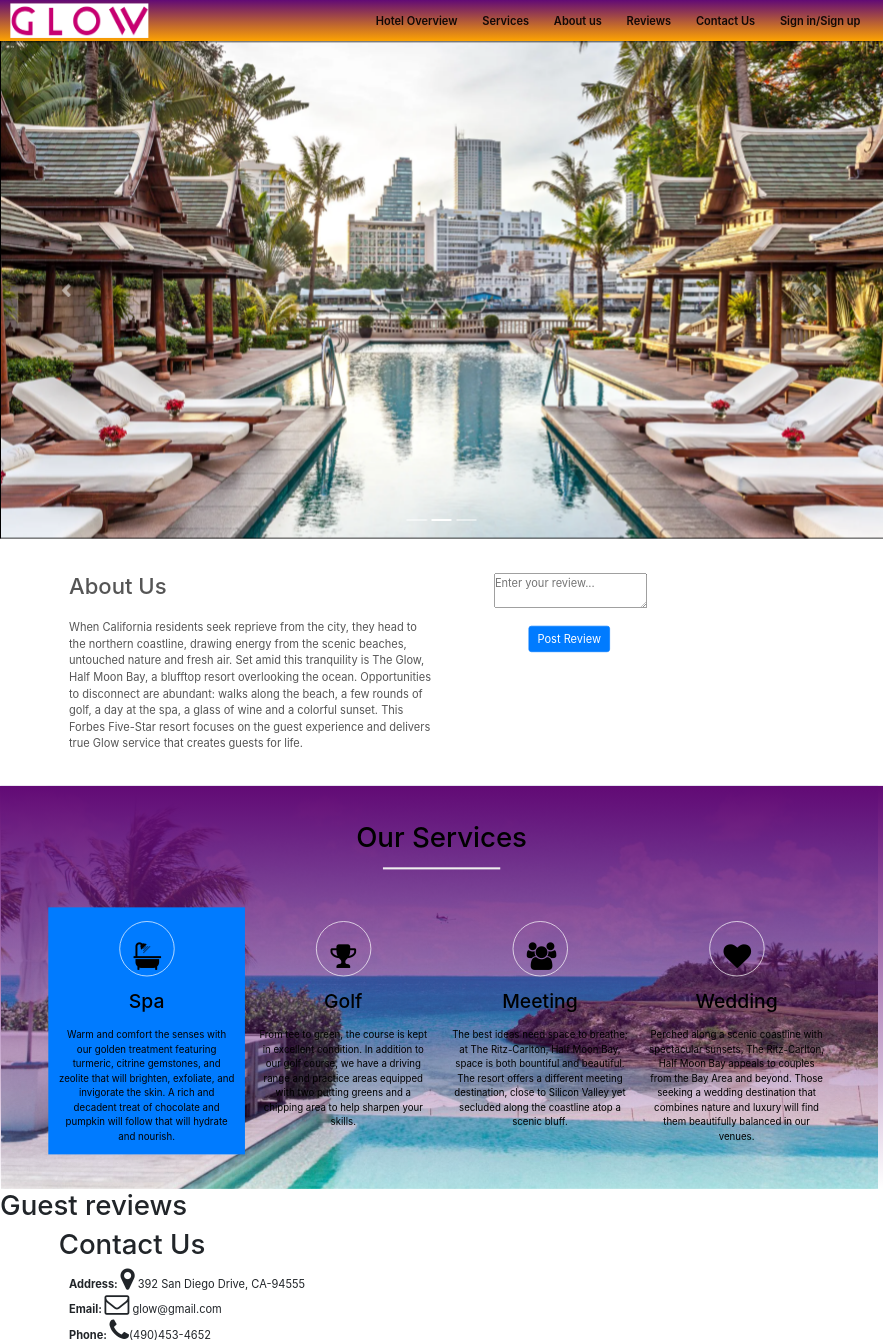
Repository: M-p1998/solo-dojo-project
Page: http://localhost/hotel/WEB-INF/hotel/home.jsp
An editor plug-in stored every save of this project. The page is shown before and after the next save, followed by the edit.
The browser window is 1280 px wide. The pictures show the whole page, at 69% of full size.
The pointer rests on the first visible `.services .col-md-3`.
Backgrounds fixed to the window are drawn as part of the page. Some web libraries are served in a nearby version. The page is served by Tomcat 9. Nobody is signed in. Other server files are loaded and not shown. The template is opened directly, without the code that normally fills it, so the values that code supplies are empty.

Above is the page before, as saved 2022-02-13 18:26:11.

### hotel/src/main/webapp/WEB-INF/hotel/home.jsp
<%@ page language="java" contentType="text/html; charset=UTF-8"
	pageEncoding="UTF-8"%>
<%@ taglib prefix="c" uri="http://java.sun.com/jsp/jstl/core"%>
<%@ taglib prefix="form" uri="http://www.springframework.org/tags/form"%>
<!DOCTYPE html>
<html>
<head>
<meta charset="UTF-8">

<link href="/css/home.css" rel="stylesheet" type="text/css">
<link rel="stylesheet"
	href="https://stackpath.bootstrapcdn.com/bootstrap/4.3.1/css/bootstrap.min.css">
<script src="https://code.jquery.com/jquery-3.2.1.slim.min.js"></script>
<script
	src="https://cdnjs.cloudflare.com/ajax/libs/popper.js/1.12.9/umd/popper.min.js"></script>
<script
	src="https://maxcdn.bootstrapcdn.com/bootstrap/4.0.0/js/bootstrap.min.js"></script>
<link rel="stylesheet"
	href="https://stackpath.bootstrapcdn.com/font-awesome/4.7.0/css/font-awesome.min.css">

<title>Hotel Glow</title>
</head>
<body>

	<section id="nav-bar">
		<nav class="navbar navbar-expand-lg navbar-light">
			<div class="container-fluid">
				<a class="navbar-brand" href="#"><img src="/image/hotelLogo.png"
					width="200" height="50"></a>

				<div class="collapse navbar-collapse" id="navbarNav">
					<ul class="navbar-nav ml-auto">
						<li class="nav-item active "><a class="nav-link" href="#">Hotel
								Overview</a></li>
						<li class="nav-item active "><a class="nav-link"
							href="#services">Services</a></li>
						<li class="nav-item active"><a class="nav-link" href="#about">About
								us</a></li>
						<li class="nav-item active"><a class="nav-link"
							href="#reviews">Reviews</a></li>
						<li class="nav-item active"><a class="nav-link"
							href="#contact">Contact Us</a></li>
						<li class="nav-item active"><a class="nav-link"
							href="/registration">Sign in/Sign up</a></li>
					</ul>
				</div>
			</div>
		</nav>
	</section>

	<div id="slider">
		<div id="headerSlider" class="carousel slide" data-ride="carousel">
			<ol class="carousel-indicators">
				<li data-target="#headerSlider" data-slide-to="0"></li>
				<li data-target="#headerSlider" data-slide-to="1"></li>
				<li data-target="#headerSlider" data-slide-to="2"></li>
			</ol>
			<div class="carousel-inner">
				<div class="carousel-item active">
					<img src="/image/img2.jpg" class="d-block w-100">
				</div>
				<div class="carousel-item">
					<img src="/image/img3.jpg" class="d-block w-100">
				</div>
				<div class="carousel-item">
					<img src="/image/h4.jpg" class="d-block w-100">
				</div>
			</div>
			<a class="carousel-control-prev" role="button" href="#headerSlider"
				data-slide="prev"> <span class="carousel-control-prev-icon"
				aria-hidden="true"></span> <span class="sr-only">Previous</span>
			</a> <a class="carousel-control-next" role="button" href="#headerSlider"
				data-slide="next"> <span class="carousel-control-next-icon"
				aria-hidden="true"></span> <span class="sr-only">Next</span>
			</a>
		</div>
	</div>

	<section id="about">
		<div class="container">
			<div class="d-flex">
				<div class="col-md-6">
					<h2>About Us</h2>
					<div class="about-content">When California residents seek
						reprieve from the city, they head to the northern coastline,
						drawing energy from the scenic beaches, untouched nature and fresh
						air. Set amid this tranquility is The Glow, Half Moon Bay, a
						blufftop resort overlooking the ocean. Opportunities to disconnect
						are abundant: walks along the beach, a few rounds of golf, a day
						at the spa, a glass of wine and a colorful sunset. This Forbes
						Five-Star resort focuses on the guest experience and delivers true
						Glow service that creates guests for life.</div>
				</div>
				<div class="col-md-4 text-center">
					<form:form action="/createReviews" method="post"
						modelAttribute="PostAReview">
						<form:label path="reviews"></form:label>
						<form:errors path="reviews" class="text-danger"
							style="font-size: 20px" />
						<form:textarea class="textarea" placeholder="Enter your review..."
							path="reviews" />
						<a href="/reviews"><button class="reviewBtn btn btn-primary">Post
								Review</button></a>
					</form:form>
				</div>
			</div>
		</div>
	</section>

	<!-- services -->
	<section id="services">
		<div class="container">
			<h1>Our Services</h1>
			<div class="row services">
				<div class="col-md-3 text-center">
					<div class="icon">
						<i class="fa fa-bath"></i>
					</div>
					<h3>Spa</h3>
					<p>Warm and comfort the senses with our golden treatment
						featuring turmeric, citrine gemstones, and zeolite that will
						brighten, exfoliate, and invigorate the skin. A rich and decadent
						treat of chocolate and pumpkin will follow that will hydrate and
						nourish.</p>
				</div>
				<div class="col-md-3 text-center">
					<div class="icon">
						<i class="fa fa-trophy"></i>
					</div>
					<h3>Golf</h3>
					<p>From tee to green, the course is kept in excellent
						condition. In addition to our golf course, we have a driving range
						and practice areas equipped with two putting greens and a chipping
						area to help sharpen your skills.</p>
				</div>
				<div class="col-md-3 text-center">
					<div class="icon">
						<i class="fa fa-users"></i>
					</div>
					<h3>Meeting</h3>
					<p>The best ideas need space to breathe; at The Ritz-Carlton,
						Half Moon Bay, space is both bountiful and beautiful. The resort
						offers a different meeting destination, close to Silicon Valley
						yet secluded along the coastline atop a scenic bluff.</p>
				</div>
				<div class="col-md-3 text-center">
					<div class="icon">
						<i class="fa fa-heart"></i>
					</div>
					<h3>Wedding</h3>
					<p>Perched along a scenic coastline with spectacular sunsets,
						The Ritz-Carlton, Half Moon Bay appeals to couples from the Bay
						Area and beyond. Those seeking a wedding destination that combines
						nature and luxury will find them beautifully balanced in our
						venues. </p>
				</div>
			</div>
		</div>
	</section>

	<section id="reviews">
		<h1>Guest reviews</h1>
		<div class="d-flex">
			<div class="hero">
				<div class="review-box">
					<div id="slide">
						<c:forEach items="${write}" var="review">
							<div class="card">
								<p>${review.reviews}</p>
							</div>
						</c:forEach>
					</div>

					<div class="sidebar">
						<img src="/image/up-arrow.png" id="upArrow"> <img
							src="/image/down-arrow.png" id="downArrow">
					</div>
				</div>


			</div>
		</div>
	</section>

	<section id="contact">
		<div class="container">
			<h1>Contact Us</h1>
			<div class="col-md-6 contact-info">
				<div class="follow">
					<b>Address: </b> <i class="fa fa-map-marker"
						style="font-size: 36px"></i> 392 San Diego Drive, CA-94555
				</div>
				<div class="follow">
					<b>Email: </b> <i class="fa fa-envelope-o" style="font-size: 36px"></i>
					glow@gmail.com
				</div>
				<div class="follow">
					<b>Phone: </b> <i class="fa fa-phone" style="font-size: 36px"></i>(490)453-4652
				</div>
			</div>
		</div>
	</section>

	<script
		src="https://cdnjs.cloudflare.com/ajax/libs/jquery/3.6.0/jquery.min.js"></script>
	<script src="/js/main.js"></script>

	<script>
		var slide = document.getElementById("slide");
		var upArrow = document.getElementById("upArrow");
		var downArrow = document.getElementById("downArrow");

		let x = 0;

		upArrow.onclick = function() {
			if (x > "-4000") {
				x = x - 300;
				slide.style.top = x + "px";
			}
		}

		downArrow.onclick = function() {
			if (x < 0) {
				x = x + 300;
				slide.style.top = x + "px";
			}
		}
	</script>

</body>
</html>

### hotel/src/main/webapp/css/home.css
@charset "UTF-8";

*{
	margin: 0;
	padding: 0;


}

body{
	font-family: sans-serif;
}

#nav-bar{
	position: sticky;
	top: 0;
	z-index: 10;

}

.navbar{
	background-image: linear-gradient(rgba(98, 10, 117),  rgba(0,0,255,0));
	padding: 0!important;
	background-color: orange;
}

.navbar-nav li{
	padding: 0 10px;
}

.navbar-nav li a{
	color: black;
	font-weight: 600;
	float: right;
	text-align: left;
}

#nav-bar ul li a:hover{
	color: orange !important;
}

.fa-bars{
	color: #fff;
	font-size: 30px !important;
}

.navbar-toggler{
	outline: none !important;
}

/*-----about --------*/
#about{
	padding-top:50px;
	padding-bottom: 50px;
	color: #555;
}

#about .btn{
	margin-top: 20px;
	margin-bottom: 30px;
}

.about-content{
	padding-top: 20px;

}

/* --- services ----*/
#services{
	background-image: linear-gradient(rgba(98, 10, 117), rgba(0,0,255,0)), url(/image/backimage.jpg);
	background-size: cover;
	background-position: center;
	color: black !important;
	background-attachment: fixed;
	padding-top: 50px;
	padding-bottom: 50px;
}

#services h1{
	text-align: center;
	color: black !important;
	padding-bottom: 10px;
}

#services h1::after{
	content: '';
	background: #efefef;
	display: block;
	height: 3px;
	width: 170px;
	margin: 20px auto 5px;
}

.services{
	margin-top: 40px;
}

.icon{
	font-size: 40px;
	margin: 20px auto;
	padding: 20px;
	height: 80px;
	width: 80px;
	border: 1px solid #fff;
	border-radius: 50%;
}

#services p{
	font-size: 14px;
	margin-top: 20px;
	color: black solid;

}
.services .col-md-3:hover{
	background: #007bff;
	cursor: pointer;
	transition: 0.7s;
}

/* .skills-bar p{
	margin-bottom: 6px;
	font-weight: 600;
}

.progress-bar{
	border-radius: 16px;

}
.progress{
	border-radius: 16px !important;
	margin-bottom: 20px;
} */
/*--------------*/
/* #slider{
	width: 100%;
} */
/* .carousel-caption{
	top: 50%;
	transform: translateY(-50%);
	bottom: initial!important;
} */

### hotel/src/main/webapp/js/main.js

var indexValue= 1;
showImg(indexValue);

function side_slide(e){
	showImg(indexValue += e);
}
function showImg(e){
	var i;
	const img = document.querySelectorAll('img');
	if(e > img.length){
		indexValue = 1
	}
	if(e < 1){
		indexValue = img.length
	}
	for(i = 0; i<img.length; i++){
		img[i].style.display = "none";
	}
	img[indexValue - 1].style.display = "block";
}

After the next save:
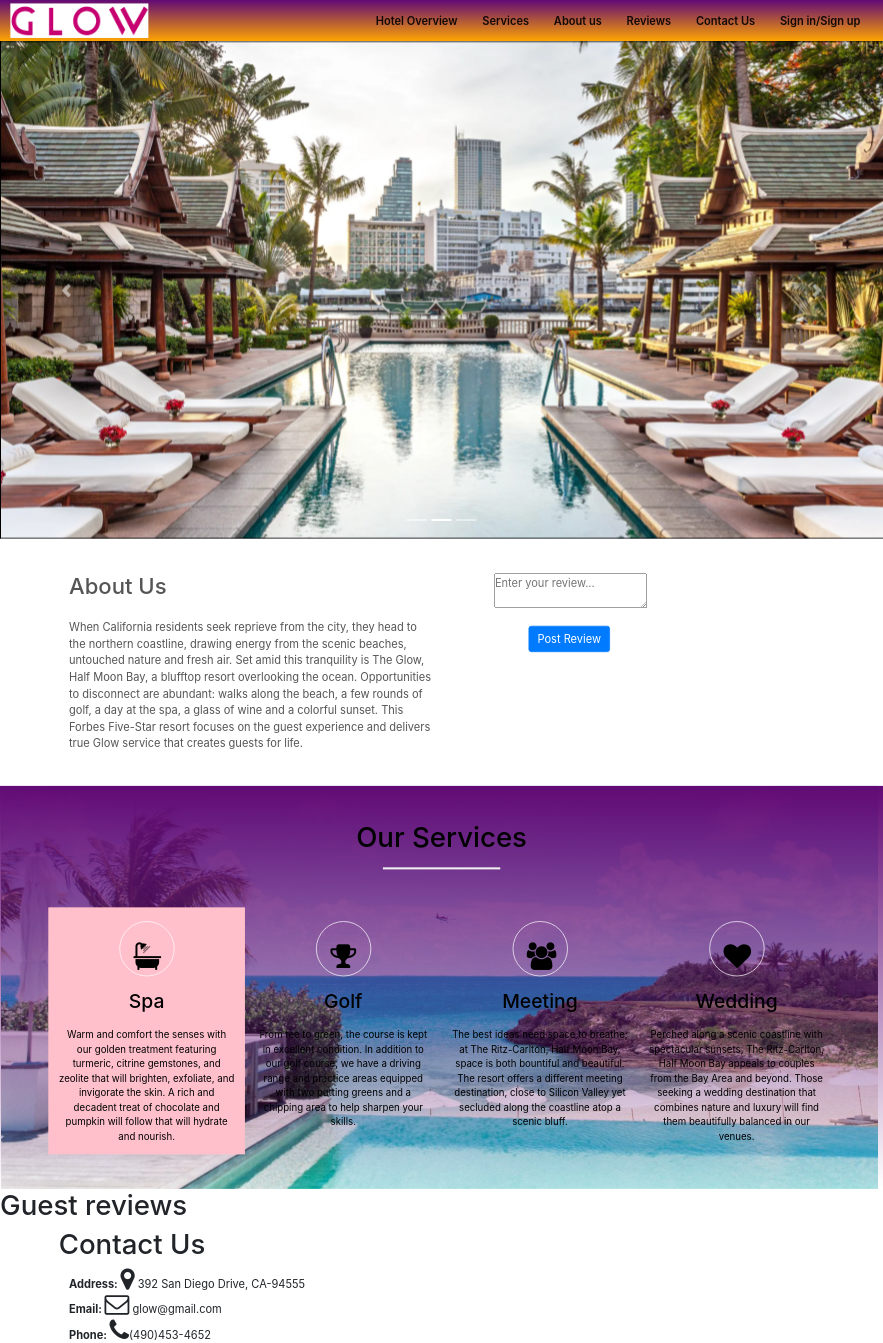
Saved 3 min 7 s later.
--- a/hotel/src/main/webapp/css/home.css
+++ b/hotel/src/main/webapp/css/home.css
@@ -112,7 +112,7 @@ body{
 
 }
 .services .col-md-3:hover{
-	background: #007bff;
+	background: pink;
 	cursor: pointer;
 	transition: 0.7s;
 }
